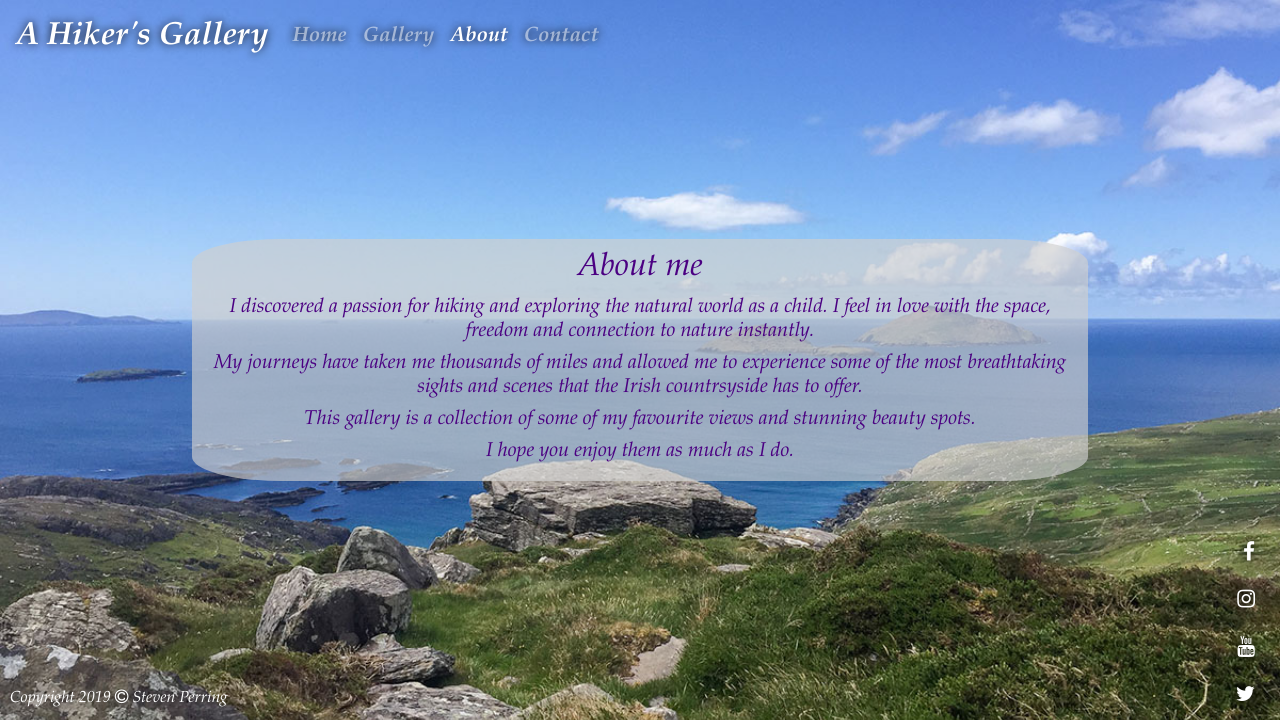
Repository: S-Perring/hiker
Page: about.html
The author's editor kept a record of every edit. The page is drawn from the files as they stood at one moment, then again after the next edit.
The browser window is 1280 px wide. The pictures show the whole page.
Some web fonts or font styles are not loaded; a fallback is used.

Above is the page before.

### about.html
<!DOCTYPE html>
<html lang="en">
<head>
    <meta charset="UTF-8">
    <meta name="viewport" content="width=device-width, initial-scale=1.0">
    <meta http-equiv="X-UA-Compatible" content="ie=edge">
    <link rel="stylesheet" href="https://stackpath.bootstrapcdn.com/bootstrap/4.3.1/css/bootstrap.min.css" type="text/css" />
    <link rel="stylesheet" href="https://stackpath.bootstrapcdn.com/font-awesome/4.7.0/css/font-awesome.min.css" type="text/css" />
    <link rel="stylesheet" href="https://cdnjs.cloudflare.com/ajax/libs/font-awesome/4.7.0/css/font-awesome.min.css">
    <link rel="stylesheet" href="css/style.css" type="text/css" />
    <title>Hiker's Gallery</title>
</head>

<body>

<header>
  <nav class="navbar fixed-top navbar-expand-sm navbar-dark scrolling-navbar">
    <a class="navbar-brand" href="#"><strong>A Hiker's Gallery</strong></a>
    <button class="navbar-toggler" type="button" data-toggle="collapse" data-target="#navbarSupportedContent"
      aria-controls="navbarSupportedContent" aria-expanded="false" aria-label="Toggle navigation">
      <span class="navbar-toggler-icon"></span>
    </button>
    <div class="collapse navbar-collapse" id="navbarSupportedContent">
      <ul class="navbar-nav">
        <li class="nav-item">
          <a class="nav-link" href="index.html">Home <span class="sr-only">(current)</span></a>
        </li>
        <li class="nav-item">
          <a class="nav-link" href="gallery.html">Gallery</a>
        </li>
        <li class="nav-item">
          <a class="nav-link  active" href="about.html">About</a>
        </li>
        <li class="nav-item">
          <a class="nav-link" href="contact.html">Contact</a>
        </li>
      </ul>
    </div>
  </nav>

</header>

<section>
    <div class="main-pic">

        <div class="about">
            <h2>About me</h2>
            <h5>I discovered a passion for hiking and exploring the natural world as a child.
                I feel in love with the space, freedom and connection to nature instantly.</h5>
            <h5>
                My journeys have taken me thousands of miles and allowed me to experience some of the most breathtaking sights and scenes that the Irish countrsyside has to offer.
            </h5>
            <h5>
              This gallery is a collection of some of my favourite views and stunning beauty spots.
            </h5>
            <h5>
              I hope you enjoy them as much as I do.
            </h5>
        </div>
    </div>


</section>

<footer class="fixed-bottom">
   <div class="container">
     <ul class="navbar-nav nav-flex-icons">
        <li class="nav-item" id="highlight">
          <a class="nav-link"><i class="fa fa-facebook"></i></a>
        </li>
        <li class="nav-item" id="highlight">
          <a class="nav-link"><i class="fa fa-instagram"></i></a>
        </li>
                <li class="nav-item" id="highlight">
          <a class="nav-link"><i class="fa fa-youtube"></i></a>
        </li>
                </li>
                <li class="nav-item" id="highlight">
          <a class="nav-link"><i class="fa fa-twitter"></i></a>
        </li>
      </ul>
   </div>
      <div class="copyright">Copyright 2019 <i class="fa fa-copyright"></i> Steven Perring</div>
</footer>

    <script src="https://code.jquery.com/jquery-3.3.1.slim.min.js"></script>
    <script src="https://cdnjs.cloudflare.com/ajax/libs/popper.js/1.14.7/umd/popper.min.js"></script>
    <script src="https://stackpath.bootstrapcdn.com/bootstrap/4.3.1/js/bootstrap.min.js"></script>

</body>

</html>

### css/style.css
@import url('https://fonts.googleapis.com/css?family=Garamond:100,200,300,400,500,600,700');

/*-------------------landing page-------------------------*/
.nav-link {
    font-family: Garamond;
    font-style: italic;
    font-size: 1.3em;
    font-weight: bold;
    text-decoration: none;
}
.main-pic {
    background-image: url(../css/images/main.JPG);
    background-size: cover;
    background-position: center center;
    max-width: 100%;
    height: 100vh;
    bottom: 0;
    left: 0;
    padding: 0;
    display: flex;
    align-items: center;
    justify-content: center;
    background-repeat: no-repeat;
    -webkit-background-size: cover;
    -moz-background-size: cover;
    -o-background-size: cover;
}
.navbar-brand {
    font-family: Garamond;
    font-size: 2em;
    font-style: italic;
}
.enter {
    margin-right: 10%;
}
.explore {
    Background-color: rgba(195, 195, 195, 0.4);
    padding: 20%;
    border-radius: 50%;
    font-family: Garamond;
    font-style: italic;
    font-size: 2.5em;
    font-weight: bolder;
    color: #4B0082;
}
a {
    text-shadow: 0 0 10px black;
}
footer {
    padding-left: 10px;
    font-family: Garamond;
    font-style: italic;
    color: #fff;
    font-size: 1em;
}
a:hover {
  text-decoration: none;
  color: #fff;
  transition: 1.5s;
}
.icons {
    text-align: center;
}
.copyright {
    display: inline-block;
    margin-bottom: 10px;
    text-align: left;
    width: 60%;
    position: absolute;
    bottom: 0px;
}
#highlight:hover {
  text-decoration: none;
  color: #4B0082;
  cursor: pointer;
}
/*-------------------about page-------------------------*/
.container {
    float: right;
    margin: 0;
    width:5%;
    text-align: right;
    margin-right: 10px;
}
.about {
    Background-color: rgba(208, 208, 208, 0.65);
    padding: 10px;
    margin: 15%;
    border-radius: 10%;
    text-align: center;
    color: #4B0082;
    font-family: Garamond;
    font-style: italic;
}
/*------------------- contact form-------------------------*/
body{
    background: -webkit-linear-gradient(left, #0072ff, #00c6ff);
}
.contact-form{
    Background-color: rgba(208, 208, 208, 0.25);
    font-family: Garamond;
    font-style: italic;
    color: #4B0082;
    margin-top: 10%;
    margin-right: 0;
    border-radius: 10%;
    margin-bottom: 5%;
    width: 70%;
}
.contact-form .form-control{
    border-radius:1rem;
}
.contact-form form{
    padding: 14%;
}
.contact-form form .row{
    margin-bottom: -7%;
}
.contact-form h3{
    margin-bottom: 8%;
    margin-top: -10%;
    text-align: center;
}
.contact-form .btnContact {
    display: block;
    margin: auto;
    font-family: Garamond;
    font-style: italic;
    border: none;
    border-radius: 1rem;
    padding: 3%;
    background: #4B0082;
    font-weight: 600;
    color: #fff;
    cursor: pointer;
}
.btnContactSubmit {
    color: #fff;
    background-color: #0062cc;
    border: none;
    cursor: pointer;
}
/*------------------- gallery-------------------------*/
.container-gallery {
    margin-left: 10%;
    margin-right: 10%;
    font-family: Garamond;
    font-style: italic;
    text-align: center;
    color: #4B0082;
    padding: .5%;
}
.card {
    position: relative;
    float: left;
    overflow: hidden;
    Background-color: rgb(187, 221, 240);
    border: none;
}
.gallerypage {
    Background-color: #dae7ed;
    padding-top: 2%;
    padding-bottom: 4%;
}
.card:hover {
    cursor: pointer;
    transform: scale(1.2);
    transition: 1s;
    z-index: 1;
    background-color: #4B0082;
}
#gallery-header {
    background-color: #8b35c4;
    background: linear-gradient(#4B0082, #dae7ed);
}
.copyright-gallery {
    display: inline-block;
    margin-bottom: 10px;
    text-align: left;
    width: 60%;
    position: absolute;
    bottom: 0px;
    color: #4B0082;
}
/*------------------- media queries-------------------------*/

@media(min-width: 992px) {
    .about {
        font-size: 2em;
    }
}

After the next edit:
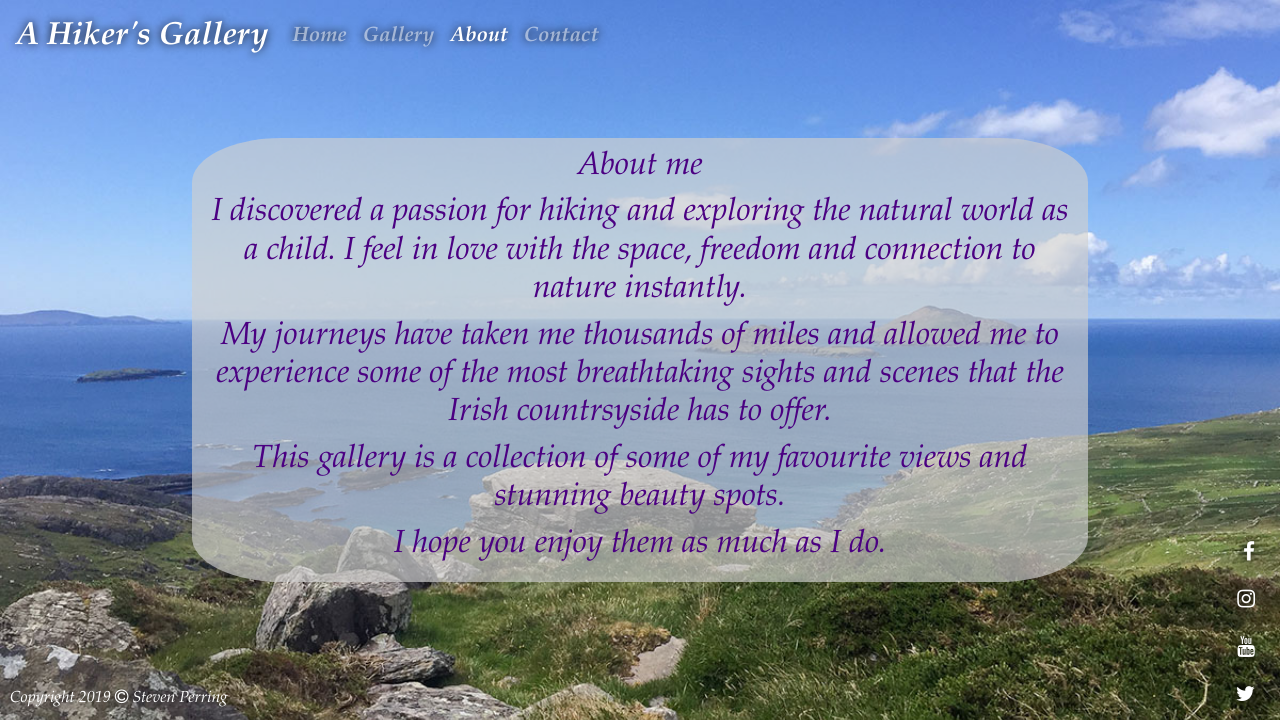
The edit:
--- a/css/style.css
+++ b/css/style.css
@@ -183,9 +183,8 @@
     color: #4B0082;
 }
 /*------------------- media queries-------------------------*/
-
 @media(min-width: 992px) {
-    .about {
+    h5 {
         font-size: 2em;
     }
 }
